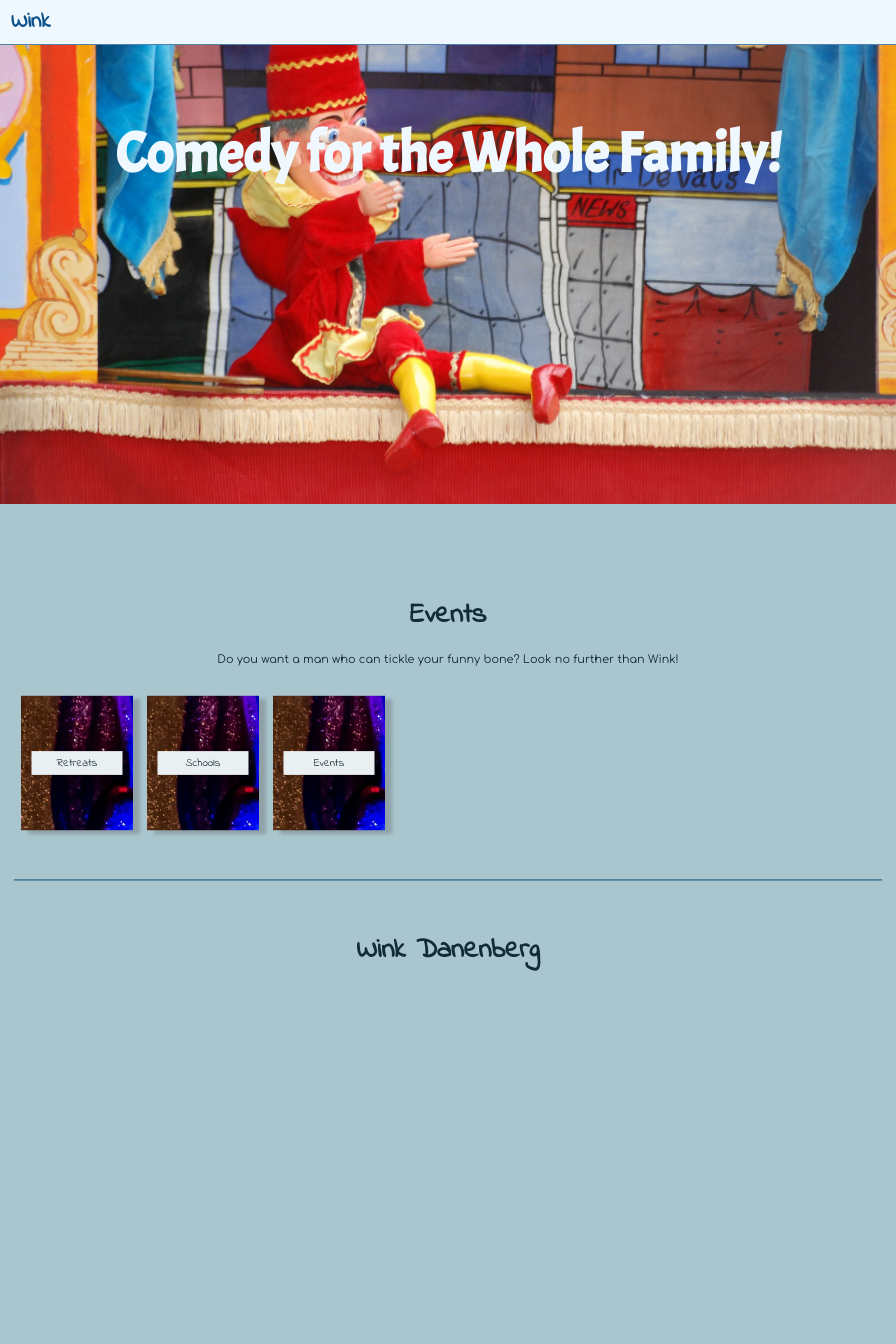
Repository: Sbethm/wink
Page: index.html
These files come from the project's save history. The page is drawn as it stood at one moment and after the next save; the edit follows.
The browser window is 1280 px wide. The pictures show the part of the page from y = 0 to 1920 px (the page is 5480 px tall), at 70% of full size.
The style sheet was rebuilt from its Sass, Less or Tailwind sources for each picture, by a compiler version that may differ from the author's.

Above is the page before, as saved 2021-08-31 13:36:05.

### index.html
<!DOCTYPE html>
<html lang="en">
<head>
    <meta charset="UTF-8">
    <meta http-equiv="X-UA-Compatible" content="IE=edge">
    <meta name="viewport" content="width=device-width, initial-scale=1.0">
    <link rel="preconnect" href="https://fonts.googleapis.com">
    <link rel="preconnect" href="https://fonts.gstatic.com" crossorigin>
    <link href="https://fonts.googleapis.com/css2?family=Acme&family=Comfortaa:wght@400;500;600;700&family=Indie+Flower&display=swap" rel="stylesheet">
    <!--
        font-family: 'Acme', sans-serif;
        font-family: 'Comfortaa', cursive;
        font-family: 'Indie Flower', cursive;
    -->

    <link rel="stylesheet" href="./CSS/main.css">
    <title>Document</title>
</head>
<body>
    <header id="headerBg">
        <h1 id="logo">Wink</h1>
        <div class="menu--btn">
            <ul class="menu">
                <li class="menu--item">Shows</li>
                <li class="menu--item">Wink</li>
                <li class="menu--item">Calender</li>
                <li class="menu--item">Contact</li>
            </ul>
        </div>
    </header>
    <main>
        <section class="main--slideshow">
            <!--images are set on automatic slide-->
                <img src="./img/img1.jpg" alt="" id="slide--img">
                <img src="./img/img2.jpg" alt="" id="slide--img">
                <img src="./img/img3.jpg" alt="" id="slide--img">
            <div class="slideshow--quote">Comedy for the Whole Family!</div>
        </section>
        <!--EVENTS-
            Description of Wink's shows. What does he do? Who are the shows geared towards? etc.-->
        <section class="event">
            <div class="container container--event">
                <h2 class="heading--center">Events</h2>
                <p class="info--short center">Do you want a man who can tickle your funny bone? Look no further than Wink!</p>
                <div class="event--slideshow">
                    <!--each div is set on a swipe slide-->
                    <a href=""><div class="event--retreats event--slide">
                        <p class="event--type">Retreats</p>
                    </div></a>
                    <a href=""><div class="event--schools event--slide">
                        <p class="event--type">Schools</p>
                    </div></a>
                    <a href=""><div class="event--events event--slide">
                        <p class="event--type">Events</p>
                    </div></a>
                </div>
            </div>
        </section>
         <!--WINK-
            Who is Wink? A little about Wink and his past experience as a showman -->
        <section class="wink">
            <div class="container container--wink">
                <h2 class="heading--center">Wink Danenberg</h2>
                <div class="img--container">
                    <img src="./img/img2.jpg" alt="" class="img--set--left js--scroll">
                </div>
                <p class="text--full--center">
                    …about Wink Danenberg
                    Standing at 6 foot 4… 240 pounds- Wink Danenberg is responsible for the laughter of audiences  across the country. His comedy juggling, unicycling, and audience participation have kept people  entertained and enthralled at countless events, including festivals, comedy clubs, schools, cruise
                    ships, and libraries. His high energy and raw antics are a perfect blend to captivate and amaze  both the audience and himself. Wink Danenberg, a true original, is the only juggler who: offers a  full money back guarantee, can drive a standard with one hand, and has never taken a selfie.
                </p>
            </div>
        </section>
         <!--REFERENCES-
            A section with a link to references for Wink's shows-->
        <section class="references cover">
            <button class="reference--btn">References</button>
        </section>
         <!--EXPERIENCE HIGHLIGHTS-
            A section that shows some of the highlights of his experience-->
        <section class="experience">
            <div class="container container--experience">
                <h2 class="heading--center">Highlights</h2>
                <div class="experience--block">
                    <div class="img--container">
                        <img src="./img/img2.jpg" alt="" class="img--set--right">
                    </div>
                    <p class="text--small--center">As Seen on Letter Man!</p>
                </div>
                <div class="experience--block">
                    <div class="img--container">
                        <img src="./img/img2.jpg" alt="" class="img--set--left js--scroll">
                    </div>
                    <p class="text--small--center">As Seen on Letter Man!</p>
                </div>
                <div class="experience--block">
                    <div class="img--container">
                        <img src="./img/img2.jpg" alt="" class="img--set--right">
                    </div>
                    <p class="text--small--center">As Seen on Letter Man!</p>
                </div>
            </div>
        </section>
         <!--CONTACT-
            email and (maybe) phone information about how to contact Wink-->
        <section class="contact cover">
            <button class="contact--btn">Contact</button>
        </section>
    </main>
    <footer></footer>
    <script src="./JS/main.js"></script>
</body>
</html>

### JS/main.js
//
const slides = document.querySelectorAll('#slide--img');
const headerBg = document.getElementById('headerBg');
const logo = document.getElementById('logo');

//CHANGING HEADER ON SCROLL
window.onscroll = function() {
    if (window.scrollY > 130) {
        headerBg.style.background = 'none';
        headerBg.style.borderBottom = 'solid 1px aliceblue';
        logo.style.color = 'aliceblue';
    } else {
        headerBg.style.background = 'aliceblue';
        headerBg.style.borderBottom = 'solid 1px rgb(13, 81, 139)';
        logo.style.color = 'rgb(13, 81, 139)';
    }
  }

//INDEX MAIN SLIDESHOW
setInterval(nextImg, 4000);

let currentImg = 0;
slides[currentImg].style.opacity = 1;

function nextImg() {
    slides[currentImg].style.opacity = 0;
    currentImg = (currentImg + 1) % slides.length;
    slides[currentImg].style.opacity = 1;
}

//FADE-IN
const fadeEl = document.querySelectorAll('.js--scroll');

fadeEl.forEach((el) => {
    el.style.opacity = '0';
});

const elInView = (el) => {
    const elementTop = document.getBoundingClientRect().top;
    return (elementTop <= document)
}

//SLIDE-IN

### SCSS/main.scss
@import "./resets", "./variables";


//GENERAL STYLING
body{
    width: 100vw;
    background-color: $bgColor1;
    overflow-x: hidden;
}

section {
    width: 100vw;
    height: fit-content;
    background-color: $bgColor1;
    color: $accentColor1;
    font-family: $mainFont;
    font-size: 1rem;
}

.container {
    margin: 60px 20px;
    padding: 60px 0;
    width: calc(100vw - 40px);
    background-color: $bgColor1;
    border-bottom: solid 2px $accentColor2;
}

.heading--center {
    padding-bottom: 30px;
    width: 100%;
    font-family: $accentFont;
    font-size: 2.5rem;
    text-align: center;
}

a {
    text-decoration: none;
}

p {
    font-family: $mainFont;
    font-size: 1rem;
    line-height: 1.5rem;
}

.center {
    padding-bottom: 30px;
    width: 100%;
    text-align: center;
}

.img--set--left {
    width: 75vw;
    position: relative;
    left: -20px;
    z-index: 1;
    border-radius: 0 15px 15px 0;
}

.js--scroll {
    opacity: 1;
    transition: opacity 300ms;
}

.js--scroll.scrolled{
    opacity: 1;
}

.img--set--right {
    width: 75vw;
    position: relative;
    right: -60px;
    z-index: 1;
    border-radius: 15px 0 0 15px;
}

//HEADER AND MAIN SLIDESHOW
header {
    position: fixed;
    top: 0;
    height: 4rem;
    width: 100vw;
    padding: 1rem;
    z-index: 9;
    overflow: hidden;
    background: aliceblue;
    border-bottom: solid 1px rgb(13, 81, 139);
    transition: all 0.50s ease-in;
    box-sizing: border-box;

    & h1 {
        font-family: $accentFont;
        font-size: 2rem;
        color: rgb(13, 81, 139);
        transition: all 0.50s ease-in;
    }
}

.menu--item{
    display: none;
}

.main--slideshow {
    height: 100vh;
    width: 100vw;
    background-color: #000;
}

#slide--img {
    position: absolute;
    top: 0;
    left: 0;
    width: 100%;
    height: 100%;
    object-fit: cover;
    overflow: hidden;
    opacity: 0;
    transition: all 0.75s ease-in;
    z-index: 0;
}

.slideshow--quote {
    position: absolute;
    top: calc(100vh - 75vh);
    width: 100vw;
    font-size: 5rem;
    font-family: $headerFont;
    font-weight: 800;
    color: aliceblue;
    text-align: center;
}

//EVENTS
.event{
    padding-top: 20px;
}

.event--slideshow {
    display: flex;
    flex-direction: row;
    overflow: scroll;

    & .event--slide {
        margin: 10px;
        width: 10rem;
        height: 12rem;
        display: grid;
        background-image: url(../img/img1.jpg);
        box-shadow: 10px 5px 5px rgba(100, 100, 100, 0.377);
        grid-template-columns: 100%;
        justify-items: center;
        align-items: center;

        & .event--type {
            padding: 5px;
            width: 75%;
            background-color: $bgColor2;
            font-family: $accentFont;
            color: $accentColor1;
            text-align: center;
        }
    }
}

//ABOUT WINK
.container--wink {
    margin: 0 20px;
    padding: 20px 0;
    border: hidden;
}

.text--full--center {
    position: relative;
    padding: 10px;
    top: -60px;
    z-index: 2;
    background-color: $bgColor2;
}

//REFERENCES and CONTACT
.cover {
    width: 100vw;
    height: 50vh;
    display: flex;
    justify-content: center;
    align-items: center;
    background-image: url(../img/img1.jpg);

    & button {
        width: 10rem;
        height: 4rem;
        font-family: $accentFont;
        font-size: 1.5rem;
        color: $accentColor1;
        background-color: $bgColor2;
        border: hidden;
    }
}

//EXPERIENCE HIGHLIGHTS
.container--experience{
    border-bottom: hidden;
}

.text--small--center{
    width: 75%;
    height: 5rem;
    margin: 0 10%;
    padding: 10px;
    position: relative;
    top: -60px;
    z-index: 2;
    background-color: $bgColor2;
    text-align: center;
    line-height: 5rem;
}

//CONTACT *see references

### SCSS/_variables.scss
//FONTS
$headerFont: 'Acme', sans-serif;
$accentFont: 'Indie Flower', cursive;
$mainFont: 'Comfortaa', cursive;

//COLORS
// $bgColor1: rgb(207, 184, 169);
// $bgColor2: rgb(241, 237, 234);
// $accentColor1: rgb(53, 33, 19);
// $accentColor2: rgb(83, 50, 27);
$bgColor1: rgb(169, 198, 207);
$bgColor2: rgb(234, 240, 241);
$accentColor1: rgb(19, 43, 53);
$accentColor2: rgb(51, 114, 141);

Loaded but not shown: SCSS/_resets.scss (common file)

After the next save:
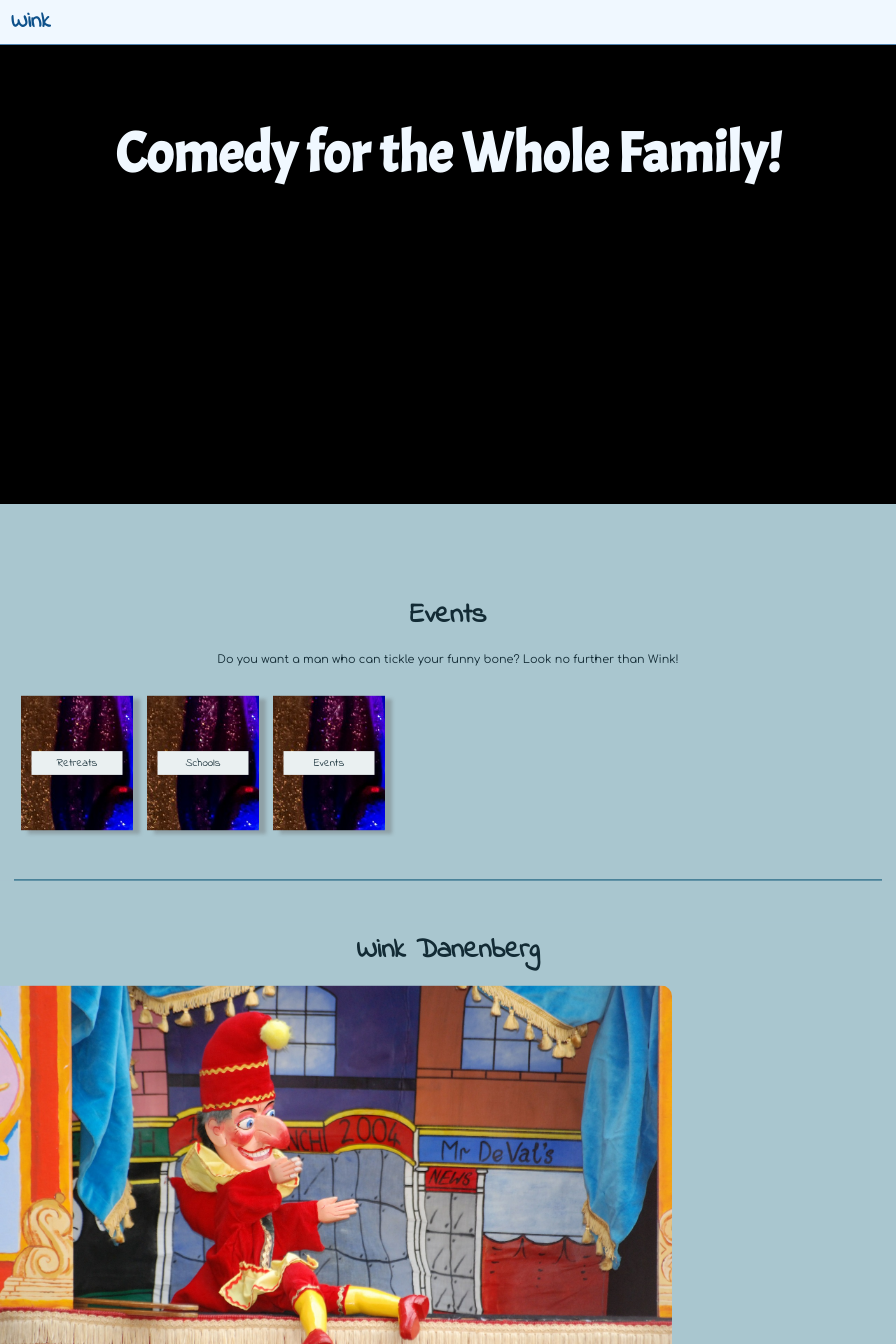
Console error: SyntaxError: Unexpected token ')'
Saved 4 s later.
--- a/JS/main.js
+++ b/JS/main.js
@@ -37,7 +37,7 @@
 
 const elInView = (el) => {
     const elementTop = document.getBoundingClientRect().top;
-    return (elementTop <= document)
+    return (elementTop <= )
 }
 
 //SLIDE-IN

After the 2 saves that followed:
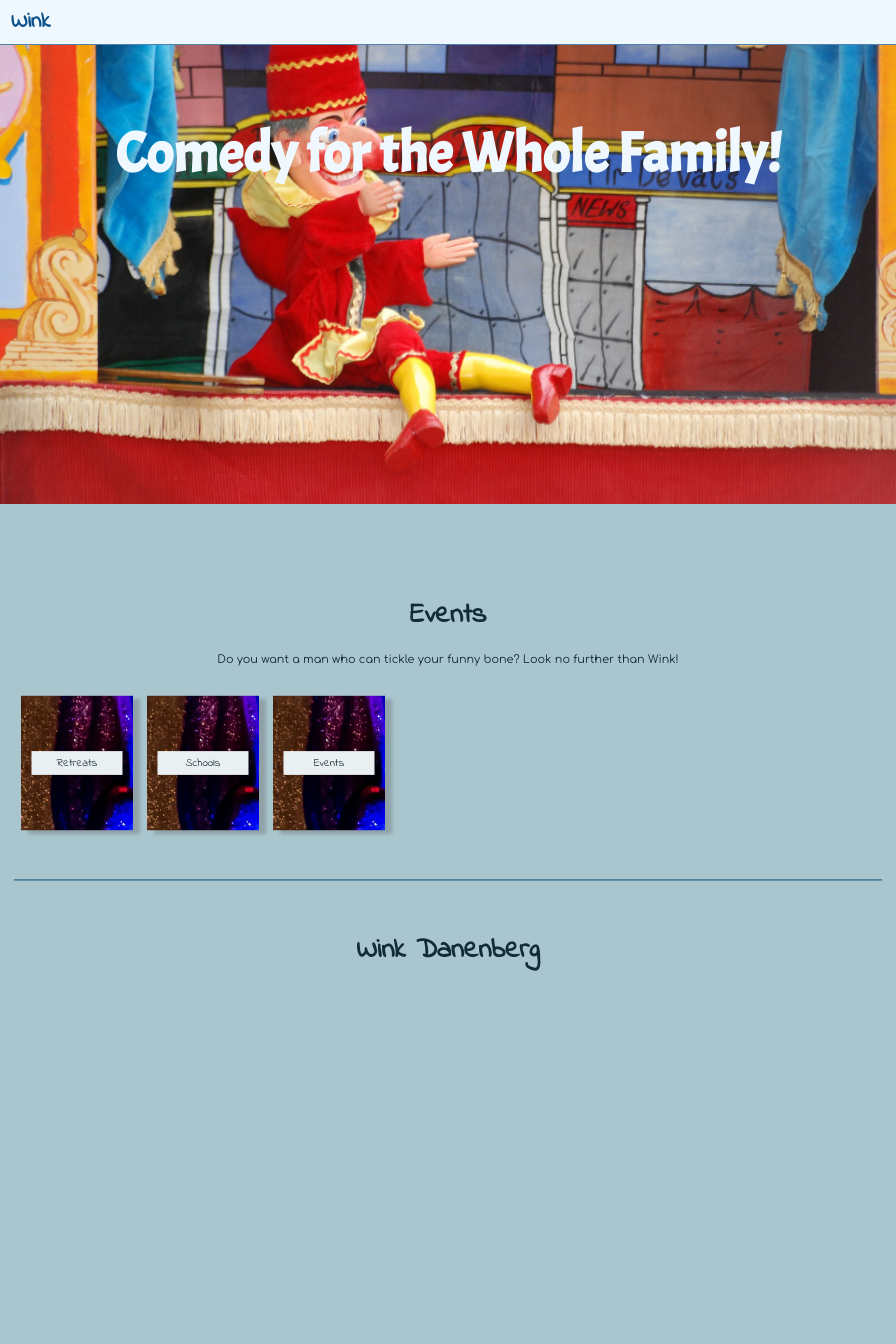
The error is gone.
The 2 saves are shown as one change because they came seconds apart.
The last was saved 11 s later.
--- a/JS/main.js
+++ b/JS/main.js
@@ -37,7 +37,7 @@
 
 const elInView = (el) => {
     const elementTop = document.getBoundingClientRect().top;
-    return (elementTop <= )
+    return (elementTop <= window.innerHeight )
 }
 
 //SLIDE-IN
